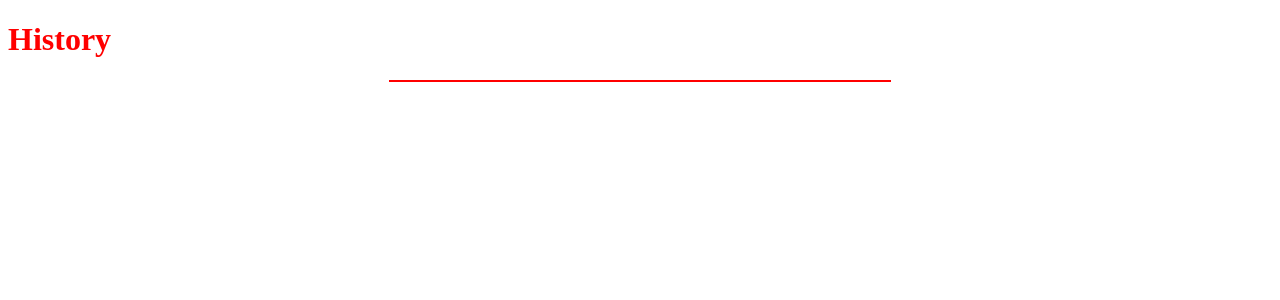
Repository: Haakim19/WebDevelopment
Page: history.html
An editor plug-in stored every save of this project. The page is shown before and after the next save, followed by the edit.
The browser window is 1280 px wide. The pictures show the whole page.

Above is the page before, as saved 2024-10-10 09:37:16.

### history.html
<!DOCTYPE html>
<html lang="en">
<head>
    <meta charset="UTF-8">
    <meta name="viewport" content="width=device-width, initial-scale=1.0">
    <title>History</title>
</head>
<body>
    <h1><font face="algerian" color = "Red">History</font></h1>
    <hr color="red" width="500px">
</body>
</html>

After the next save:
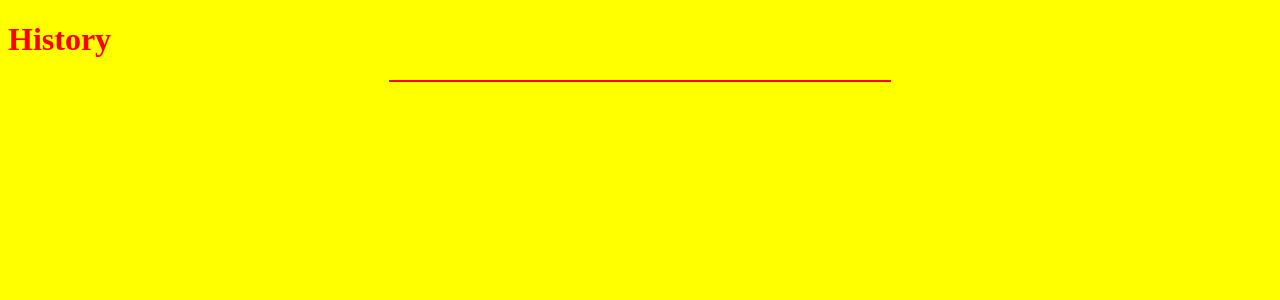
Saved 2 min 51 s later.
--- a/history.html
+++ b/history.html
@@ -5,8 +5,9 @@
     <meta name="viewport" content="width=device-width, initial-scale=1.0">
     <title>History</title>
 </head>
-<body>
+<body bgcolor="yellow">
     <h1><font face="algerian" color = "Red">History</font></h1>
     <hr color="red" width="500px">
+
 </body>
 </html>

After the save that followed:
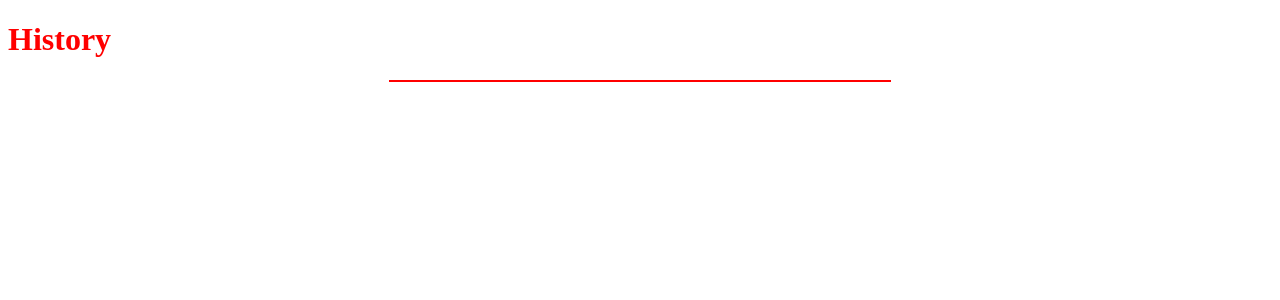
Saved 25 s later.
--- a/history.html
+++ b/history.html
@@ -5,7 +5,7 @@
     <meta name="viewport" content="width=device-width, initial-scale=1.0">
     <title>History</title>
 </head>
-<body bgcolor="yellow">
+<body >
     <h1><font face="algerian" color = "Red">History</font></h1>
     <hr color="red" width="500px">
 
